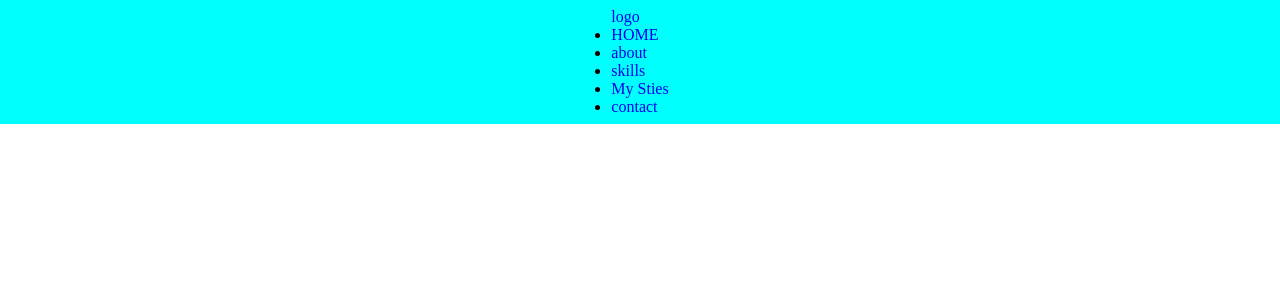
Repository: jun01270/jun
Page: index.html
An editor plug-in stored every save of this project. The page is shown before and after the next save, followed by the edit.
The browser window is 1280 px wide. The pictures show the whole page.

Above is the page before, as saved 2023-05-08 15:27:57.

After the next save:
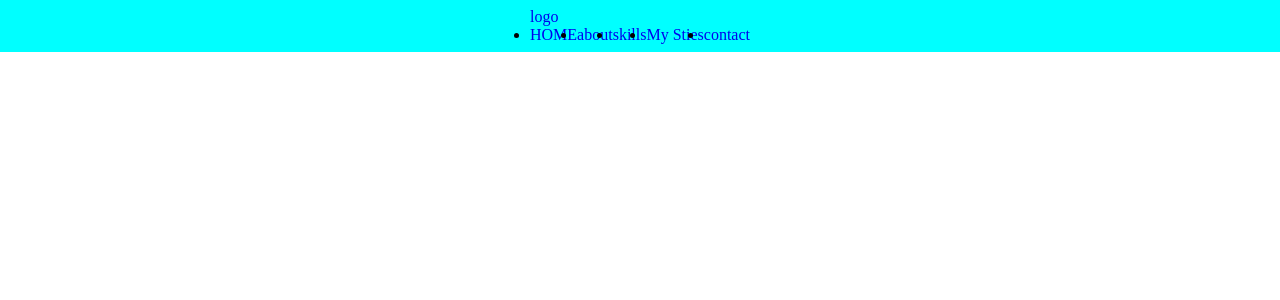
Saved 3 s later.
--- a/main.css
+++ b/main.css
@@ -27,7 +27,7 @@ html{
     padding: 8px 12px;
 }
 
-.menu-btn{
+.menu-bar{
     display: flex;
     justify-content: space-between;
     align-items: center;
